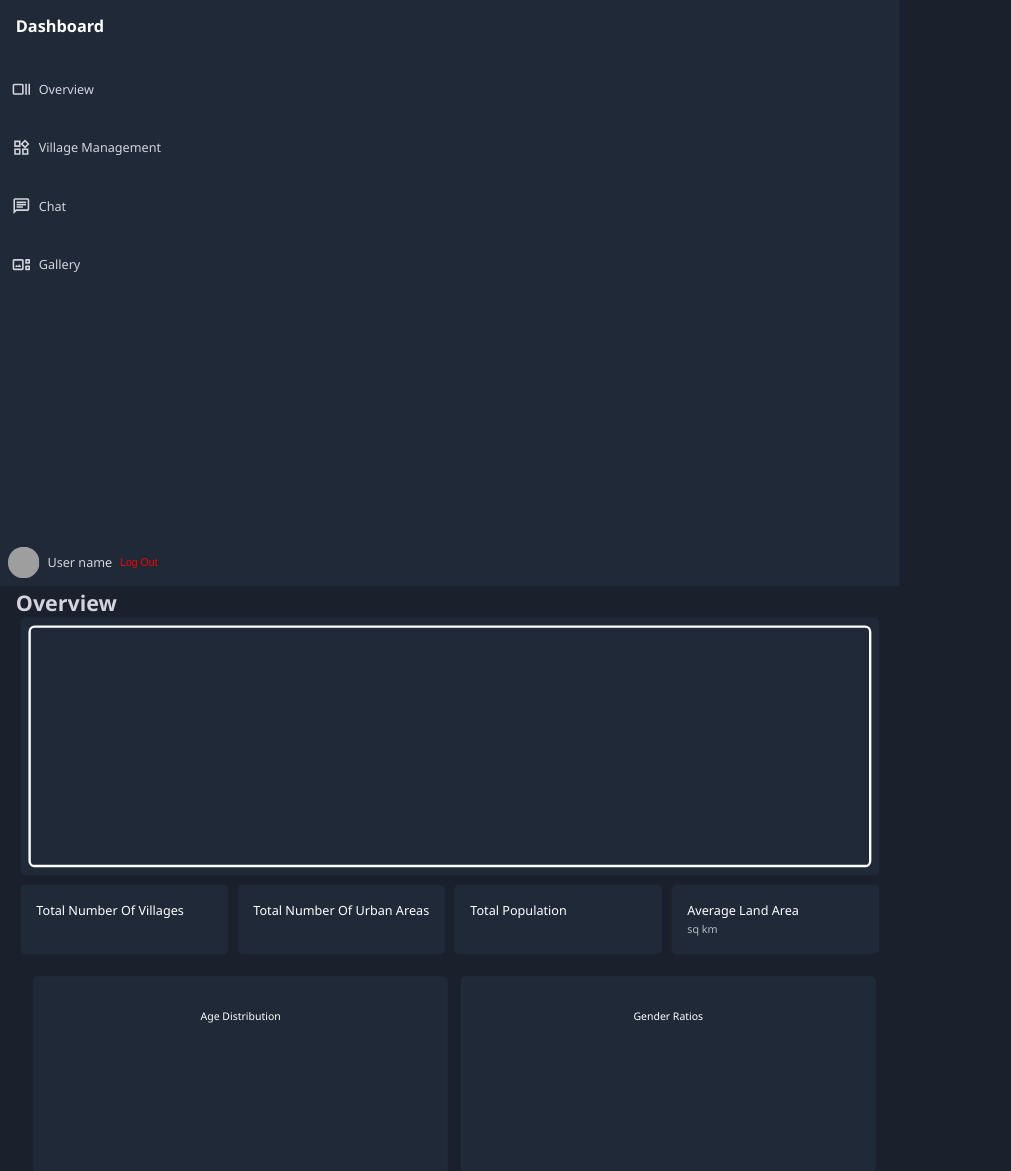
Repository: ShifaaBarham/VillageManagementSystem
Page: / (app in part2/)
The author's editor kept a copy of each file at every save. The page is drawn from the files as they stood at one save, then again after the next save.
The browser window is 1280 px wide. The pictures show the whole page, at 79% of full size.
Pictures or frames that could not be fetched are drawn as grey boxes. An inner scrolling area shows only its first screen. The project was rebuilt for these pictures with package versions that can differ from the ones it lists, and the page was loaded fresh each time. Also part of the build but not shown: part2/src/index.css, part2/src/sections/VellageManagement.js, part2/src/sections/Chat.js, part2/src/sections/Gallery.js.

Above is the page before, as saved 2024-12-28 13:45:16.

### part2/public/index.html
<!DOCTYPE html>
<html lang="en">
  <head>
    <meta charset="utf-8" />
    <link rel="icon" href="%PUBLIC_URL%/favicon.ico" />
    <meta name="viewport" content="width=device-width, initial-scale=1" />


    <link rel="stylesheet" href="https://unpkg.com/leaflet/dist/leaflet.css" />
    <script src="https://unpkg.com/leaflet/dist/leaflet.js"></script>


    <title>React App</title>
  </head>
  <body>
    <noscript>You need to enable JavaScript to run this app.</noscript>
    <div id="root"></div>

  </body>
</html>

### part2/src/index.js
import React from 'react';
import ReactDOM from 'react-dom/client';
import './index.css';
import App from './App';

const root = ReactDOM.createRoot(document.getElementById('root'));
//App is a child of AppContext
root.render(
  <React.StrictMode>

        <App />


  </React.StrictMode>
);

### part2/src/App.js
import React from 'react';
import SideBar from "./components/sideBar";
import { BrowserRouter as Router, Routes, Route } from 'react-router-dom';
import "./App.css"
import Overview from "./sections/Overview";
import VellageManagement from "./sections/VellageManagement";
import Chat from "./sections/Chat";
import Gallery from "./sections/Gallery";
import "./syles/mainSection.css"


function App() {
  return (
    <Router>
      <React.Fragment>
        <SideBar />
        <main>
          <Routes>
            <Route path="*" element={<Overview />} />
            <Route path="/Overview" element={<Overview />} />
            <Route path="/VellageManagement" element={<VellageManagement />} />
            <Route path="/Chat" element={<Chat />} />
            <Route path="/Gallery" element={<Gallery />} />
          </Routes>
        </main>
      </React.Fragment>
    </Router>
  );
}

export default App;

### part2/src/components/sideBar.js
import React from "react";
import { NavLink } from "react-router-dom";

const Sidebar = () => {
  return (
    <nav id="sideBar">
      <ul>
        <li className="header">
          <span className="sections-header">Dashboard</span>
        </li>

        <li>
          <NavLink
            to="/overview"
            className={({ isActive }) => (isActive ? "active" : "sections-name")}
          >
            <svg
              xmlns="http://www.w3.org/2000/svg"
              height="24px"
              viewBox="0 -960 960 960"
              width="24px"
              fill="#5f6368"
            >
              <path d="M120-200q-33 0-56.5-23.5T40-280v-400q0-33 23.5-56.5T120-760h400q33 0 56.5 23.5T600-680v400q0 33-23.5 56.5T520-200H120Zm0-80h400v-400H120v400Zm560 80v-560h80v560h-80Zm160 0v-560h80v560h-80Zm-720-80v-400 400Z" />
            </svg>
            <span>Overview</span>
          </NavLink>
        </li>

        <li>
          <NavLink
            to="/Village-Management"
            className={({ isActive }) => (isActive ? "active" : "sections-name")}
          >
            <svg
              xmlns="http://www.w3.org/2000/svg"
              height="24px"
              viewBox="0 -960 960 960"
              width="24px"
              fill="#5f6368"
            >
              <path d="M666-440 440-666l226-226 226 226-226 226Zm-546-80v-320h320v320H120Zm400 400v-320h320v320H520Zm-400 0v-320h320v320H120Zm80-480h160v-160H200v160Zm467 48 113-113-113-113-113 113 113 113Zm-67 352h160v-160H600v160Zm-400 0h160v-160H200v160Zm160-400Zm194-65ZM360-360Zm240 0Z" />
            </svg>
            <span>Village Management</span>
          </NavLink>
        </li>

        <li>
          <NavLink
            to="/Chat"
            className={({ isActive }) => (isActive ? "active" : "sections-name")}
          >
            <svg
              xmlns="http://www.w3.org/2000/svg"
              height="24px"
              viewBox="0 -960 960 960"
              width="24px"
              fill="#5f6368"
            >
              <path d="M240-400h320v-80H240v80Zm0-120h480v-80H240v80Zm0-120h480v-80H240v80ZM80-80v-720q0-33 23.5-56.5T160-880h640q33 0 56.5 23.5T880-800v480q0 33-23.5 56.5T800-240H240L80-80Zm126-240h594v-480H160v525l46-45Zm-46 0v-480 480Z" />
            </svg>
            <span>Chat</span>
          </NavLink>
        </li>

        <li>
          <NavLink
            to="/Gallery"
            className={({ isActive }) => (isActive ? "active" : "sections-name")}
          >
            <svg
              xmlns="http://www.w3.org/2000/svg"
              height="24px"
              viewBox="0 -960 960 960"
              width="24px"
              fill="#5f6368"
            >
              <path d="M120-200q-33 0-56.5-23.5T40-280v-400q0-33 23.5-56.5T120-760h400q33 0 56.5 23.5T600-680v400q0 33-23.5 56.5T520-200H120Zm600-320q-17 0-28.5-11.5T680-560v-160q0-17 11.5-28.5T720-760h160q17 0 28.5 11.5T920-720v160q0 17-11.5 28.5T880-520H720Zm40-80h80v-80h-80v80ZM120-280h400v-400H120v400Zm40-80h320L375-500l-75 100-55-73-85 113Zm560 160q-17 0-28.5-11.5T680-240v-160q0-17 11.5-28.5T720-440h160q17 0 28.5 11.5T920-400v160q0 17-11.5 28.5T880-200H720Zm40-80h80v-80h-80v80Zm-640 0v-400 400Zm640-320v-80 80Zm0 320v-80 80Z" />
            </svg>
            <span>Gallery</span>
          </NavLink>
        </li>
      </ul>

      <li id="account-section">
        <div id="information">
          <img src="assets/images/profile-image.png" alt="profile-image" id="profile-image" />
          <span id="username">User name</span>
        </div>
        <button id="logout-button">Log Out</button>
      </li>
    </nav>
  );
};

export default Sidebar;

### part2/src/App.css
* {
    margin: 0;
    padding: 0;
  }
  html {
    font-family: 'Segoe UI', Tahoma, Geneva, Verdana, sans-serif;
    line-height: 1.5rem;
  }
  body {
    min-height: 100vh;
    background-color: #1F2937;
    color: #d4d5dc;
    display: grid;
    grid-template-columns: auto 1fr;
    grid-template-rows: auto;
    margin: 0 !important;
    overflow: hidden;
  }
  nav {
    margin: 0px;
  }
  h1 {
    font-size: 1.7rem;
    font-weight: 600;
    margin: 1.7%;
  }
  h2 {
    font-size: 1rem;
  }
  h3 {
    font-size: 0.9rem;
  }
  h4 {
    font-size: 0.85rem;
    font-weight: 500;
    color: #b8bac5;
  }
  #sideBar {
    flex-direction: column;
    align-items: center;
    justify-content: center;
    background-color: #1F2937;
  }
  #sideBar ul {
    list-style: none;
    margin: 0;
    padding: 0;
    display: flex;
    flex-direction: column;
    gap: 20px;
    width: 100%;
  }
  #sideBar ul .header {
    margin: 20px;
  }
  #sideBar ul .header .sections-header {
    font-size: 1.29rem;
    font-weight: bold;
    text-align: center;
    color: #ffffff;
  }
  #sideBar ul li {
    width: 100%;
  }
  #sideBar ul li a {
    display: flex;
    align-items: center;
    justify-content: flex-start;
    padding: 15px;
    text-decoration: none;
    color: #d4d5dc;
    border-radius: 5px;
    font-weight: 500;
    width: 90%;
  }
  #sideBar ul li a:hover {
    background-color: #314158;
  }
  #sideBar ul li a.active {
    background-color: #0d1116;
  }
  #sideBar ul li a svg {
    fill: #d4d5dc;
    margin-right: 10px;
  }
  @media (max-width: 800px) {
    #sideBar {
      height: 60px;
      width: 100%;
      padding: 0;
      position: fixed;
      z-index: 2;
      top: unset;
      bottom: 0;
      background-color: #1F2937;
      display: flex;
      flex-direction: row;
      justify-content: space-around;
      align-items: center;
    }
    #sideBar ul {
      flex-direction: row;
      justify-content: center;
      align-items: center;
      gap: 10px;
      margin: 0;
      padding: 0;
    }
    #sideBar ul .header {
      display: none;
    }
    #sideBar ul li {
      display: flex;
      justify-content: center;
      align-items: center;
    }
    #sideBar ul li a {
      height: 60px;
      padding: 0 10px;
      border-radius: 0;
      display: flex;
      align-items: center;
      justify-content: center;
    }
    #sideBar ul li a svg {
      width: 24px;
      height: 24px;
    }
    #sideBar ul li a span {
      display: none;
    }
  }
  #account-section {
    margin-top: 320px !important;
    display: flex;
    align-items: center;
    margin-top: auto;
    padding: 10px;
  }
  #information {
    display: flex;
    align-items: center;
  }
  #profile-image {
    width: 40px;
    height: 40px;
    border-radius: 50%;
    margin-right: 10px;
  }
  #username {
    font-weight: 500;
    display: inline;
    margin-right: 10px;
  }
  #logout-button {
    color: red;
    background-color: #1F2937;
    border: none ;
    display: inline;
  }
  @media (max-width: 800px) {
    #username,
    #logout-button {
      display: none;
    }
  }
  .section {
    display: none;
    height: 100vh;
    margin-left: 10px;
    margin-right: 10px;

  }
  .section.active {
    display: block;
  }
  main {
    background-color: #1A202C;
    grid-column: 2;
    grid-row: 1;
    padding: 10px;
    overflow-y: auto;
  }

### part2/src/sections/Overview.js
import React from "react";
import "../syles/mainSection.css"

const mainSection = () =>{
    return(
    <section id="Overview" className="section active">

        <h1>Overview</h1>
         <div id="map-container">
            <div id="map"></div>

         </div>
        <div className="cards">
        <div className="card" id="total-villages">
            <div className="card-name">Total Number Of Villages</div>
            <div className="number"></div>
        </div>
        <div className="card" id="total-urban">
            <div className="card-name">Total Number Of Urban Areas</div>
            <div className="number"></div>
        </div>
        <div className="card" id="population">
            <div className="card-name">Total Population</div>
            <div className="number"></div>

        </div>
        <div className="card" id="area">
            <div className="card-name">Average Land Area</div>
            <div className="number"></div>
            <h4>sq km</h4>
        </div>

        </div>
        <div className="charts">
             <div className="chart" id="age-distribution">
                <div className="card-name">Age Distribution</div>
                <canvas id="ageChart" ></canvas>

            </div>
            <div className="chart" id="gender-ratios">
                 <div className="card-name">Gender Ratios</div>
                 <canvas id="genderChart"></canvas>

            </div>
             <div className="chart" id="population-chart">
                 <div>
                  <canvas id="populationChart" ></canvas>
                 </div>
            </div>
        </div>

    </section>
    );

}
export default mainSection;

### part2/src/syles/mainSection.css
.div-style {
    margin: 6px;
    border-radius: 6px;
    background-color: #1F2937;
  }
  body {
    background-color: #1A202C;
  }
  body,
  h1,
  h2,
  h3,
  p {
    margin: 0;
    padding: 0;
  }
  main #Overview {
    width: calc(100%-260px);
    min-height: 100%;
  }
  main #Overview h1 {
    display: flex;
    justify-content: space-between;
  }
  main #Overview .cards {
    display: grid;
    grid-template-columns: repeat(4, 1fr);
  }
  main #Overview .cards .card {
    justify-content: space-between;
    padding: 20px;
  }
  main #Overview .cards .card .card-name,
  main #Overview .cards .card .number {
    font-size: 0.83;
    color: white;
    font-weight: 500;
  }
  main #Overview .charts {
    display: grid;
    grid-template-columns: repeat(2, 1fr);
    gap: 16px;
    padding: 16px;
  }
  @media (max-width: 800px) {
    main #Overview .charts {
      grid-template-columns: 1fr;
    }
  }
  main #Overview .charts .chart {
    border-radius: 6px;
    background-color: #1F2937;
    padding: 20px;
    display: flex;
    flex-direction: column;
    justify-content: center;
    align-items: center;
    height: 250px;
    width: 100%;
    box-sizing: border-box;
  }
  main #Overview .charts .chart .card-name {
    text-align: center;
    font-size: 0.83rem;
    color: white;
    font-weight: 500;
  }
  main #Overview .charts .chart:nth-last-child(1):nth-child(odd) {
    grid-column: 1 / -1;
    justify-self: center;
  }
  @media (max-width: 800px) {
    #Overview {
      width: 100%;
    }
    .cards {
      display: grid;
      grid-template-columns: repeat(2, 1fr) !important;
    }
    .charts {
      grid-template-columns: 1fr;
    }
  }
  @media (max-width: 500px) {
    .cards {
      display: grid;
      grid-template-columns: 1fr !important;
    }
  }
  #map-container {
    padding: 10px;
    display: flex ;
    justify-content: center;
    margin: 6px;
    border-radius: 6px;
    background-color: #1F2937;
  }
  #map-container #map {
    width: 100%;
    height: 200px;
    border: white 3px solid;
    border-radius: 8px;
  }
  @media (max-width: 800px) {
    #map-container #map {
      height: 200px;
    }
  }
  @media (min-width: 781px) {
    #map-container #map {
      height: 300px;
    }
  }
  #total-villages {
    margin: 6px;
    border-radius: 6px;
    background-color: #1F2937;
  }
  #total-urban {
    margin: 6px;
    border-radius: 6px;
    background-color: #1F2937;
  }
  #population {
    margin: 6px;
    border-radius: 6px;
    background-color: #1F2937;
  }
  #area {
    margin: 6px;
    border-radius: 6px;
    background-color: #1F2937;
  }
  #age-distribution {
    margin: 6px;
    border-radius: 6px;
    background-color: #1F2937;
  }
  #gender-ratios {
    margin: 6px;
    border-radius: 6px;
    background-color: #1F2937;
  }
  #population-chart {
    margin: 6px;
    border-radius: 6px;
    background-color: #1F2937;
  }

After the next save:
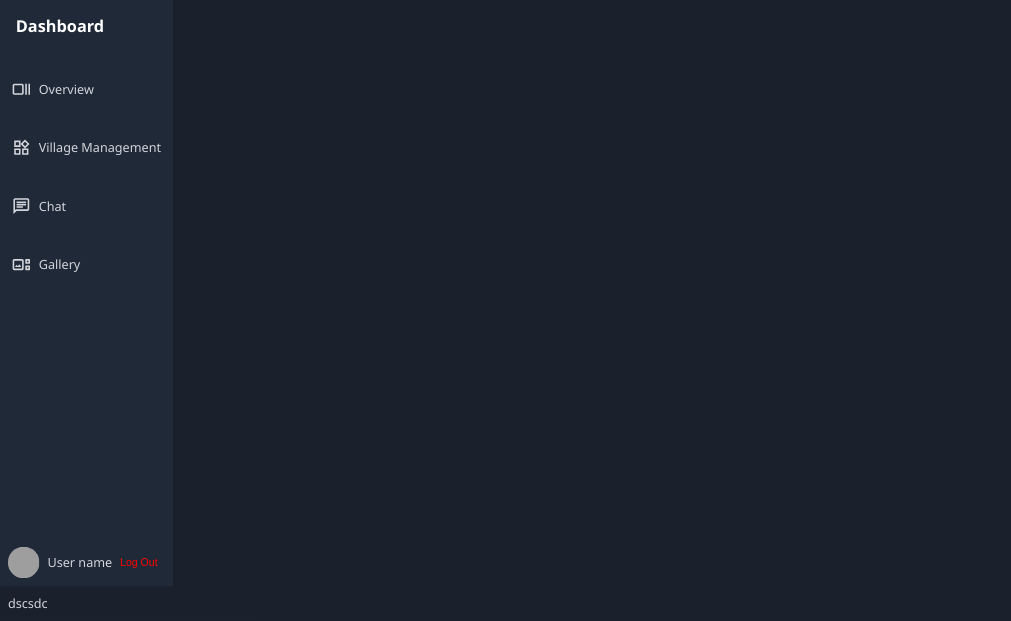
Saved 35 s later.
--- a/part2/src/sections/Overview.js
+++ b/part2/src/sections/Overview.js
@@ -1,55 +1,11 @@
 import React from "react";
-import "../syles/mainSection.css"
 
 const mainSection = () =>{
     return(
-    <section id="Overview" className="section active">
 
-        <h1>Overview</h1>
-         <div id="map-container">
-            <div id="map"></div>
-
-         </div>
-        <div className="cards">
-        <div className="card" id="total-villages">
-            <div className="card-name">Total Number Of Villages</div>
-            <div className="number"></div>
-        </div>
-        <div className="card" id="total-urban">
-            <div className="card-name">Total Number Of Urban Areas</div>
-            <div className="number"></div>
-        </div>
-        <div className="card" id="population">
-            <div className="card-name">Total Population</div>
-            <div className="number"></div>
-
-        </div>
-        <div className="card" id="area">
-            <div className="card-name">Average Land Area</div>
-            <div className="number"></div>
-            <h4>sq km</h4>
-        </div>
-
-        </div>
-        <div className="charts">
-             <div className="chart" id="age-distribution">
-                <div className="card-name">Age Distribution</div>
-                <canvas id="ageChart" ></canvas>
-
-            </div>
-            <div className="chart" id="gender-ratios">
-                 <div className="card-name">Gender Ratios</div>
-                 <canvas id="genderChart"></canvas>
-
-            </div>
-             <div className="chart" id="population-chart">
-                 <div>
-                  <canvas id="populationChart" ></canvas>
-                 </div>
-            </div>
-        </div>
-
-    </section>
+        <p>
+            dscsdc
+        </p>
     );
 
 }

After the save that followed:
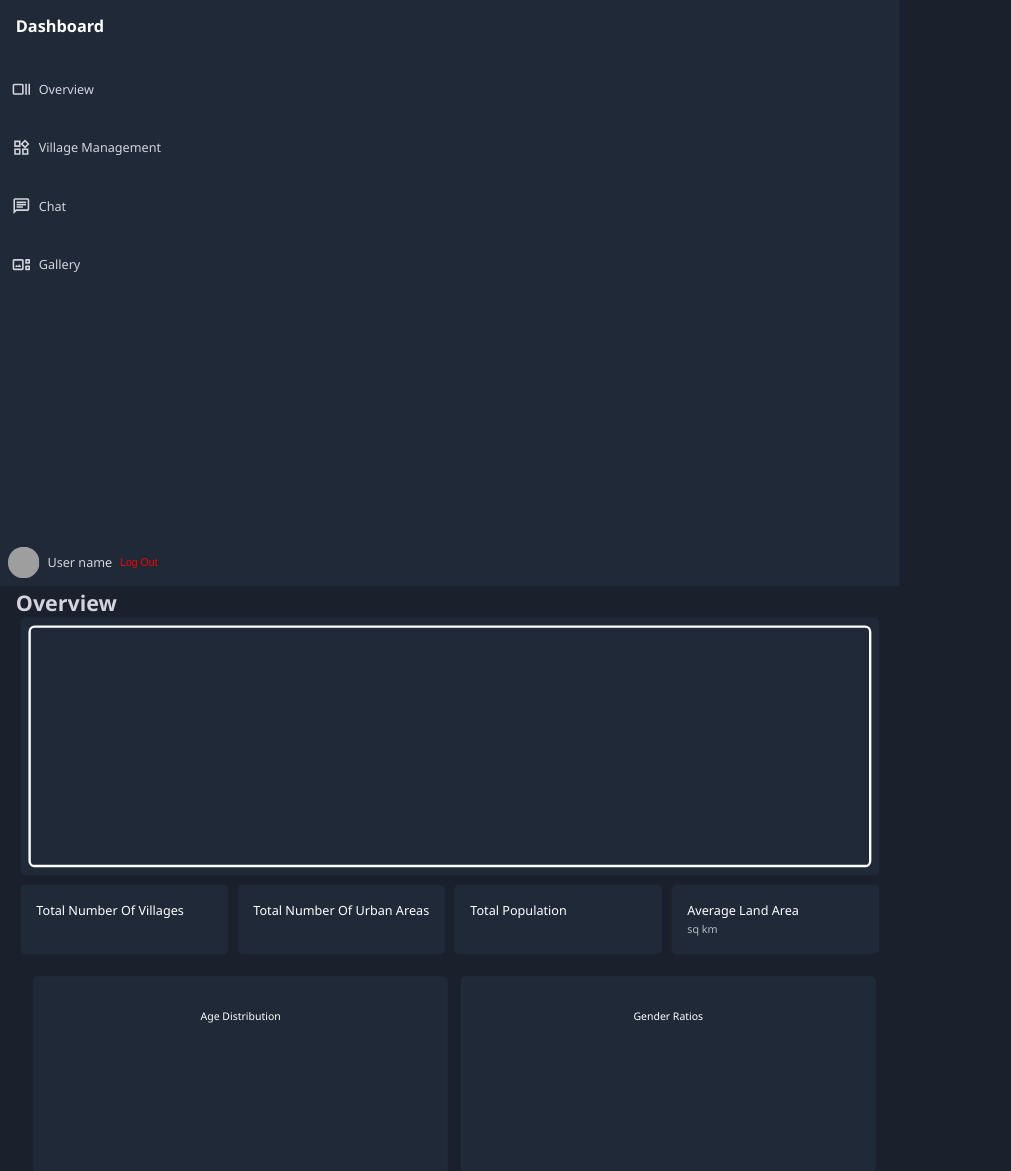
Saved 75 s later.
--- a/part2/src/sections/Overview.js
+++ b/part2/src/sections/Overview.js
@@ -2,10 +2,53 @@
 
 const mainSection = () =>{
     return(
+    <section id="Overview" className="section active">
 
-        <p>
-            dscsdc
-        </p>
+        <h1>Overview</h1>
+         <div id="map-container">
+            <div id="map"></div>
+
+         </div>
+        <div className="cards">
+        <div className="card" id="total-villages">
+            <div className="card-name">Total Number Of Villages</div>
+            <div className="number"></div>
+        </div>
+        <div className="card" id="total-urban">
+            <div className="card-name">Total Number Of Urban Areas</div>
+            <div className="number"></div>
+        </div>
+        <div className="card" id="population">
+            <div className="card-name">Total Population</div>
+            <div className="number"></div>
+
+        </div>
+        <div className="card" id="area">
+            <div className="card-name">Average Land Area</div>
+            <div className="number"></div>
+            <h4>sq km</h4>
+        </div>
+
+        </div>
+        <div className="charts">
+             <div className="chart" id="age-distribution">
+                <div className="card-name">Age Distribution</div>
+                <canvas id="ageChart" ></canvas>
+
+            </div>
+            <div className="chart" id="gender-ratios">
+                 <div className="card-name">Gender Ratios</div>
+                 <canvas id="genderChart"></canvas>
+
+            </div>
+             <div className="chart" id="population-chart">
+                 <div>
+                  <canvas id="populationChart" ></canvas>
+                 </div>
+            </div>
+        </div>
+
+    </section>
     );
 
 }
